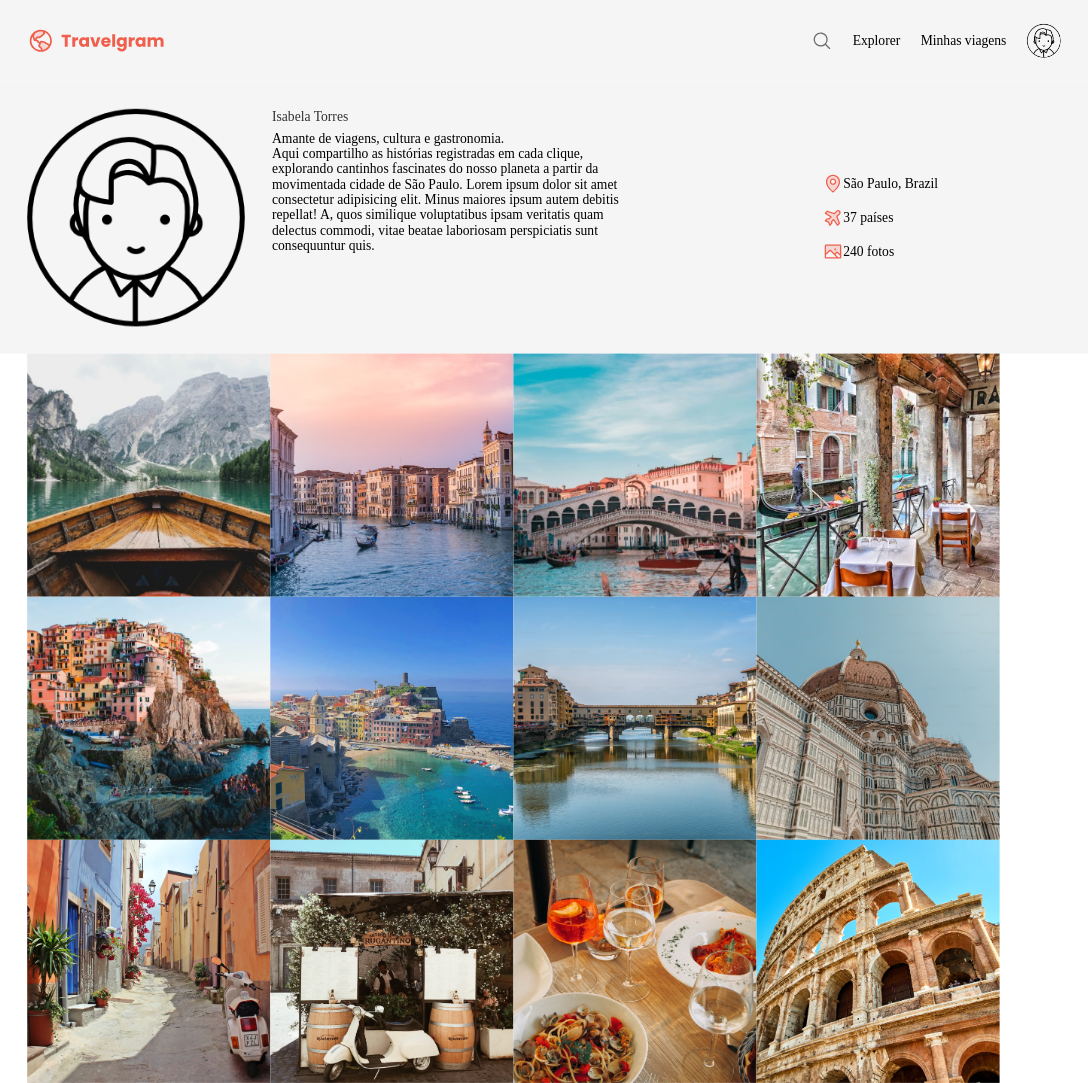
Repository: JeffRodFer/projeto-Travelgran-Rockeseat
Page: index.html
These files come from the project's save history. The page is drawn as it stood at one moment and after a run of saves; the edit follows.
The browser window is 1280 px wide. The pictures show the whole page, at 85% of full size.

Above is the page before, as saved 2025-03-22 16:51:10.

After the next 2 saves:
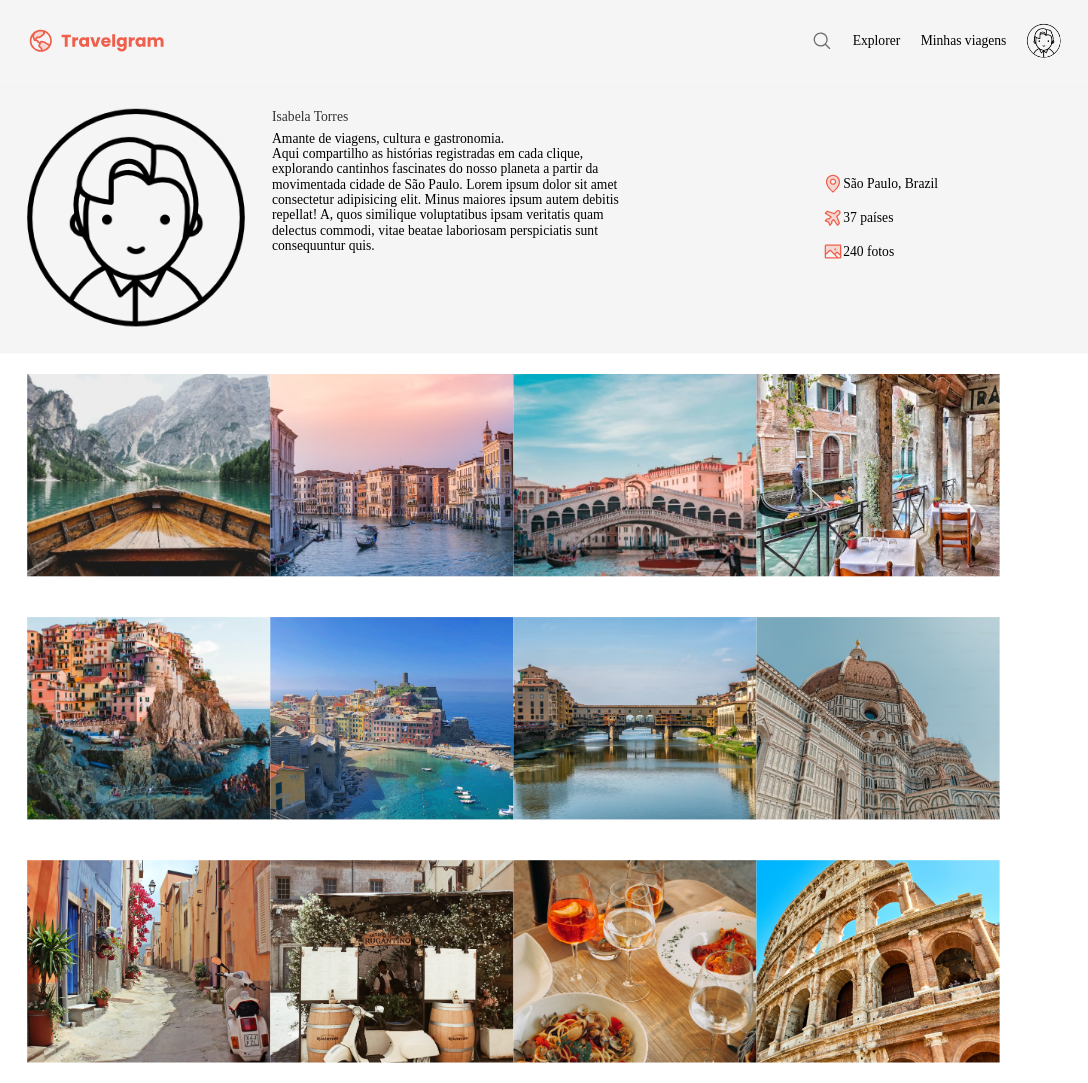
The 2 saves are shown as one change because they came seconds apart.
The last was saved 8 s later.
--- a/styles/main.css
+++ b/styles/main.css
@@ -7,5 +7,5 @@ main img {
     height: 286px;
     object-fit: cover;
     gap: 24px;
-    padd
+    padding-block: 24px;
 }
